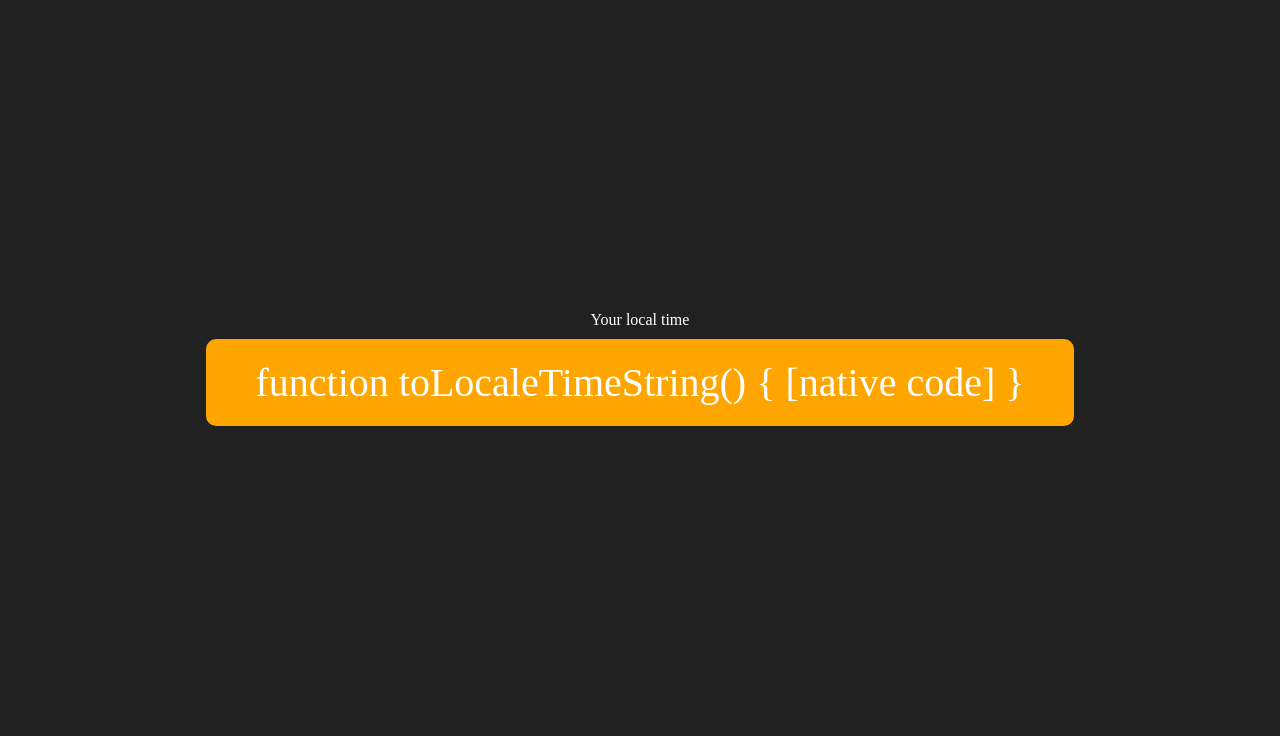
Repository: VishwaGoswami1407/JavaScript-Practice
Page: 07_projects/project3.html
An editor plug-in stored every save of this project. The page is shown before and after the next save, followed by the edit.
The browser window is 1280 px wide. The pictures show the whole page.

Above is the page before, as saved 2024-07-07 19:22:48.

After the next save:
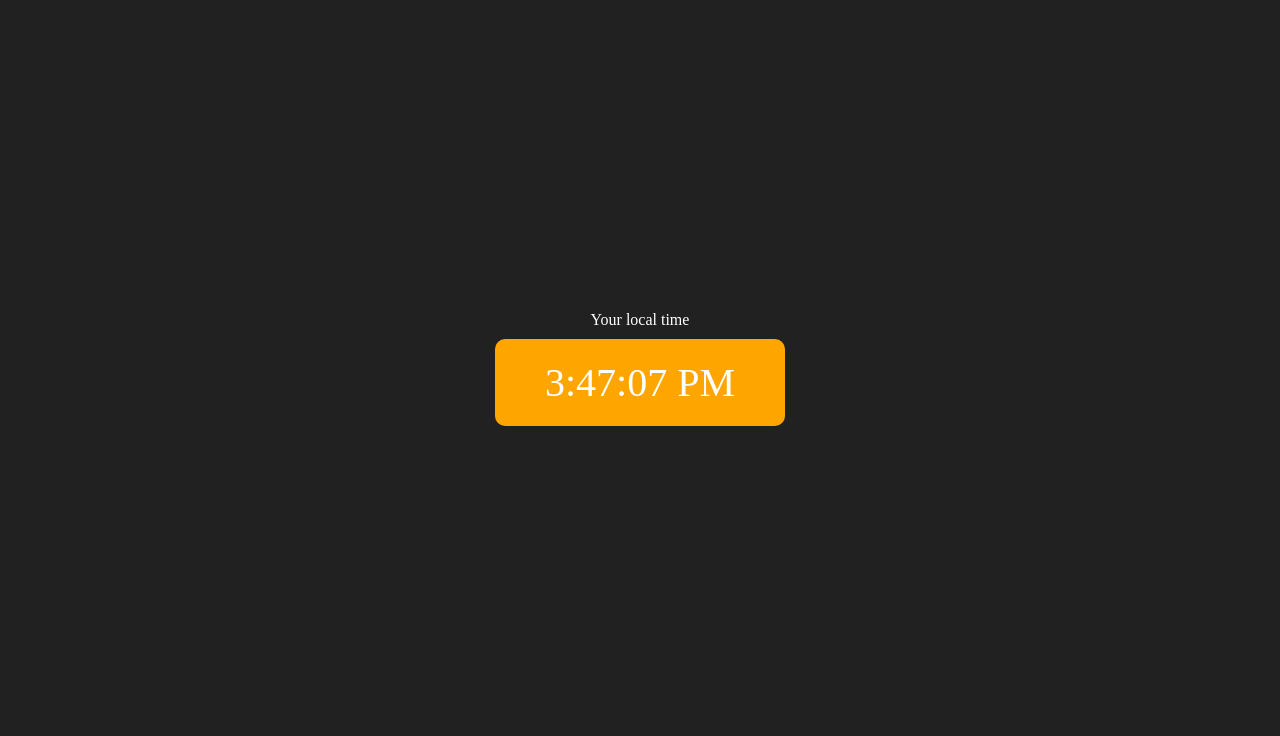
Saved 47 s later.
--- a/07_projects/project3.js
+++ b/07_projects/project3.js
@@ -7,5 +7,5 @@ setInterval(function() {
     let date = new Date()
     //in console update the date
     // console.log(date.toLocaleTimeString());
-    clock.innerHTML = date.toLocaleTimeString
+    clock.innerHTML = date.toLocaleTimeString();
 }, 1000)
